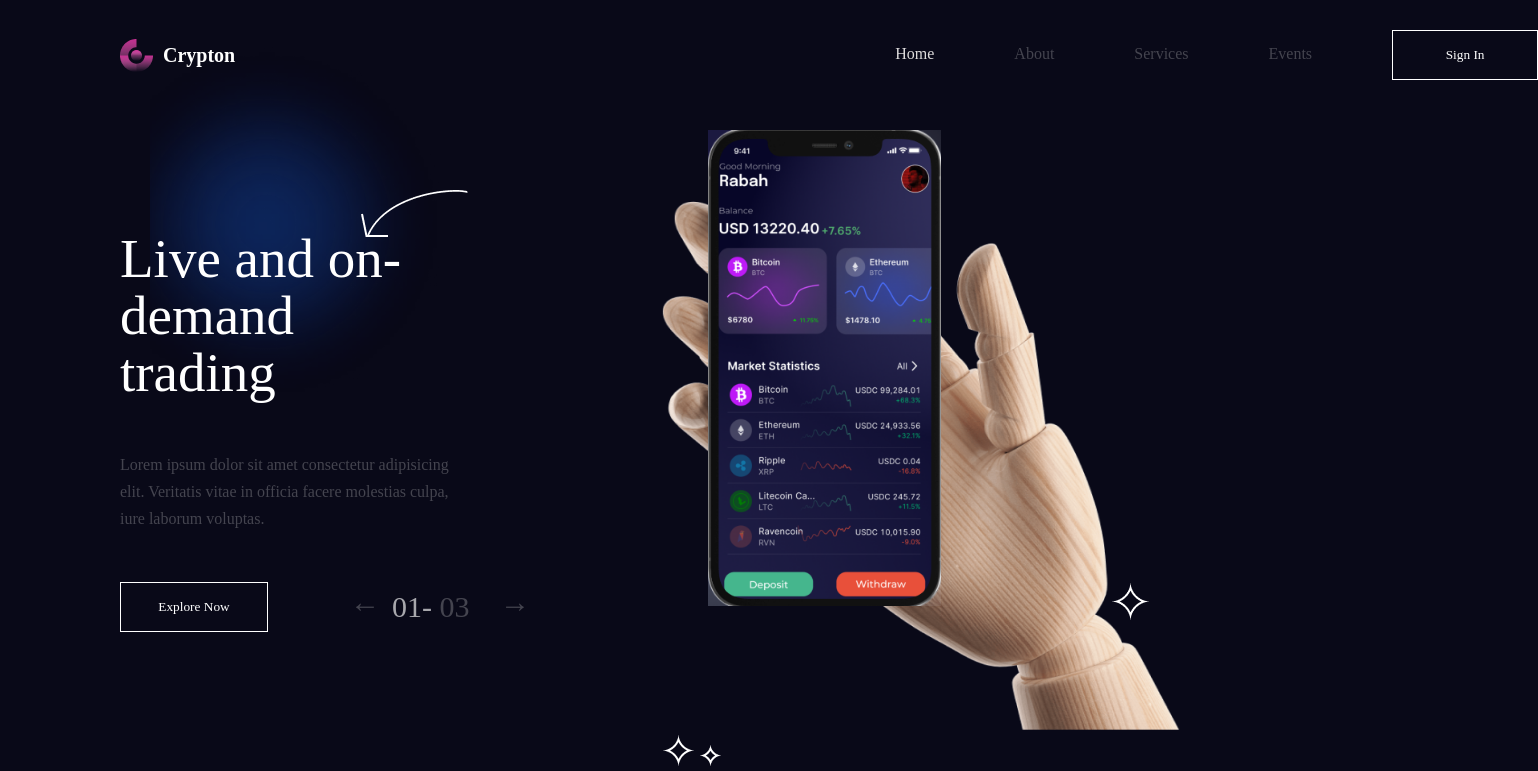
Repository: isaacCodes1/Crypton-Website
Page: index.html
The author's editor kept a copy of each file at every save. The page is drawn from the files as they stood at one save, then again after the next save.
The browser window is 1280 px wide. The page is 1538 px wide, so the pictures cover 1538 px, including what lies to the right of the window. The pictures show the whole page.

Above is the page before, as saved 2024-05-14 21:12:40.

### index.html
<!DOCTYPE html>
<html lang="en">
  <head>
    <meta charset="UTF-8" />
    <meta name="viewport" content="width=device-width, initial-scale=1.0" />
    <link rel="stylesheet" href="style.css" />
    <title>Crypton HomePage</title>
  </head>
  <body>
    <header>
      <nav>
        <div class="headerGen">
          <div class="logo">
            <img class="logoImage" src="/Assets/Group 605.png" alt="" />
            <p class="logoText">Crypton</p>
            <ul>
              <li>Home</li>
              <li style="color: #d6d5d54a">About</li>
              <li style="color: #d6d5d54a">Services</li>
              <li style="color: #d6d5d54a">Events</li>
              <button class="sign">Sign In</button>
            </ul>
          </div>
        </div>
      </nav>
    </header>
    <section>
      <div class="firstSectionGeneral">
        <div class="liveTexts">
          <h1 class="liveText"><span><img class="shadow" src="/Assets/shadow.png" alt=""></span><span><img class="arrow" src="/Assets/Arrow_03.png" alt=""></span>Live and on-demand trading</h1>
          <p class="lorem">
            Lorem ipsum dolor sit amet consectetur adipisicing elit. Veritatis
            vitae in officia facere molestias culpa, iure laborum voluptas.
          </p>
          <button class="explore">Explore Now</button>
          <span class="rArrow">&#8592;</span>
          <p class="innerP">01- <span class="theBrownNumber">03</span></p>
          <span class="lArrow">&#8594;</span>
        </div>
      </div>
    </section>
    <section>
      <div class="handDiv">
        <div class="woodenHand">
          <img class="wood" src="/Assets/rabat.png
          " alt="">
          <img class="hand" src="/Assets/Hand.png" alt="">
          <img class="five" src="/Assets/Star 5.png" alt="">
          <img class="six" src="/Assets/Star 6.png" alt="">
          <img class="eight" src="/Assets/Star 8.png" alt="">
        </div>
      </div>
    </section>
  </body>
</html>

### style.css
    * {
    margin: 0;
    padding: 0;
    box-sizing: border-box;
    font-family: "poppins";
    }
body{
    background-color: rgb(9, 9, 24);
}
/* NavBar */
.logo {
    display: flex;
    align-items: center;
    gap: 10px;
    padding-top: 30px;
    margin-left: 120px;
    margin-bottom: 150px;
    cursor: pointer;
}
.logoText{
    font-size: 20px;
    color: #fff;
    margin-right: 650px;
    font-weight: 600;
}
.logo ul{
    display: flex;
    color: #dedcdc;
    list-style: none;
    gap: 80px;
    display: flex;
    align-items: center;
    cursor: pointer;
}
    .logo ul li {
        list-style: none;
        display: inline-block;
        /* padding: 8px 12px; */
        position: relative;
    }
    .logo ul li::after {
        content: "";
        width: 0%;
        height: 2px;
        background: #fff;
        display: block;
        margin: auto;
        transition: 0.5s;
    }
    .logo ul li:hover::after {
        width: 70%;
    }

.sign{
    width: 146px;
    height: 50px;
    border: 1px solid #fff;
    background: transparent;
    color: #fff;
    cursor: pointer;
}
/* Landing Page */
.liveTexts{
    /* display: flex; */
}
.liveText{
    display: flex;
    flex-direction: column;
    font-size: 55px;
    width: 340px;
    line-height: 57px;
    color: #fff;
    margin-left: 120px;
    font-weight: normal;
    margin-bottom: 50px;
}
.shadow{
    width: 25%;
    position: absolute;
    top: 20px;
    left: 150px;
    z-index: -1;
}
.lorem{
    color: #d6d5d54a;
    width: 27%;
    margin-left: 120px;
    line-height: 27px;
    margin-bottom: 50px;
}
.explore{
    margin-left: 120px;
    width: 148px;
    height: 50px;
    background: transparent;
    color: #fff;
    border: 1px solid #fff;
}
.arrow{
    position: absolute;
    top: 120px;
    left: 320px;
}
.rArrow{
    position: absolute;
    font-size: 30px;
    top: 585px;
    left: 350px;
    margin-right: 200px;
    color: #d6d5d54a;
    display: flex;
    align-items: center;
}
.lArrow{
    position: absolute;
    font-size: 30px;
    top: 585px;
    left: 500px;
    color: #d6d5d54a;
    display: flex;
    align-items: center;
}
.innerP{
    position: absolute;
    left: 392px;
    top: 590px;
    color: #ffffffa4;
    font-size: 30px;
}
.theBrownNumber{
    color: #d6d5d54a;
}
/* Wooden Hand Image */
.handDiv{
    display: flex;
    position: absolute;
    top: 190px;
    right: 100px;
}
.hand{
    height: 75vh;
    width: 100%;
}
.wood{
    position: absolute;
    right: 239px;
    top: -60px;
    width: 45%;
}
.five{
    position: absolute;
    right: 30px;
    bottom: 150px;
}

After the next save:
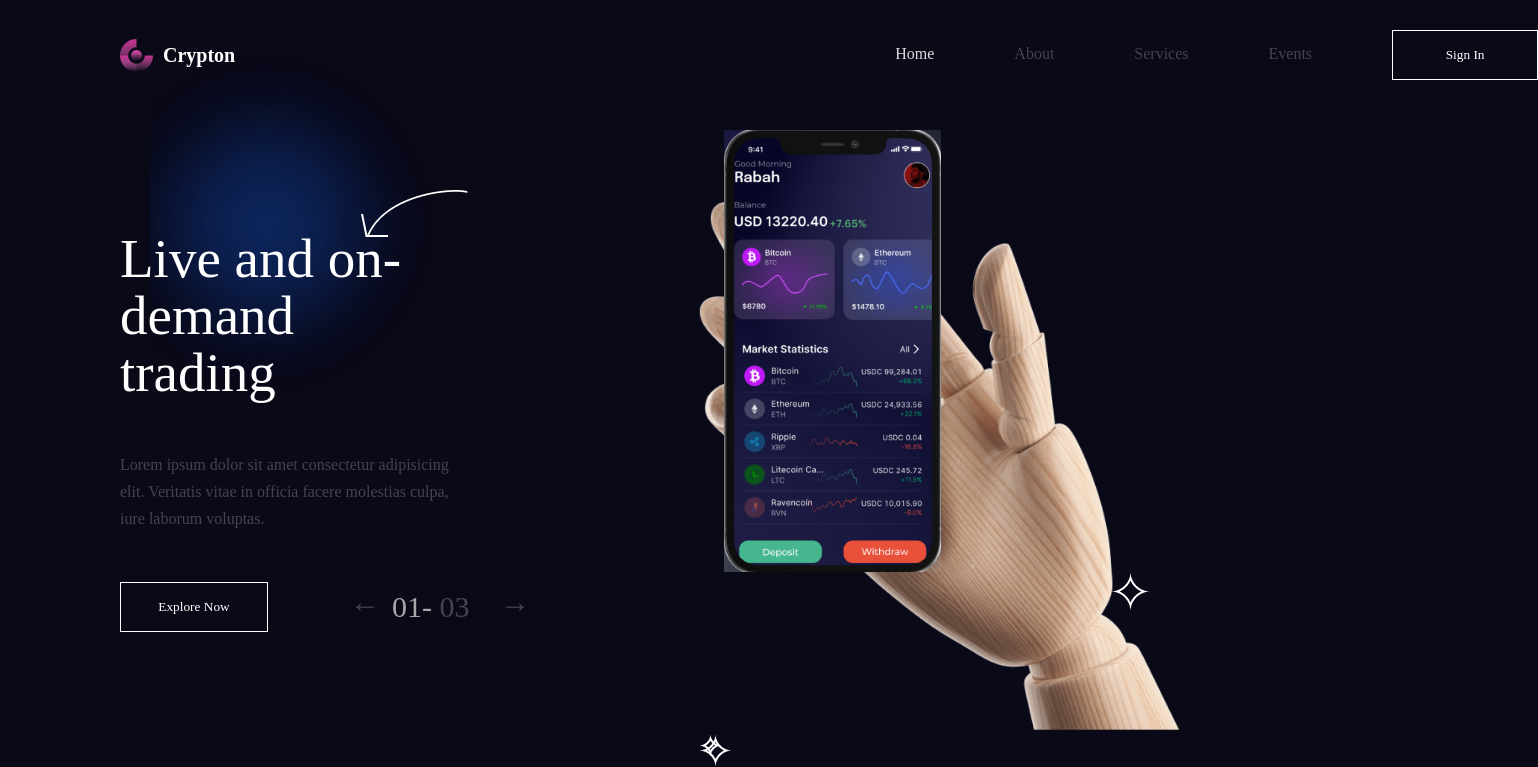
Saved 33 s later.
--- a/style.css
+++ b/style.css
@@ -152,3 +152,6 @@ body{
     right: 30px;
     bottom: 150px;
 }
+.six{
+    position: absolute;
+}
